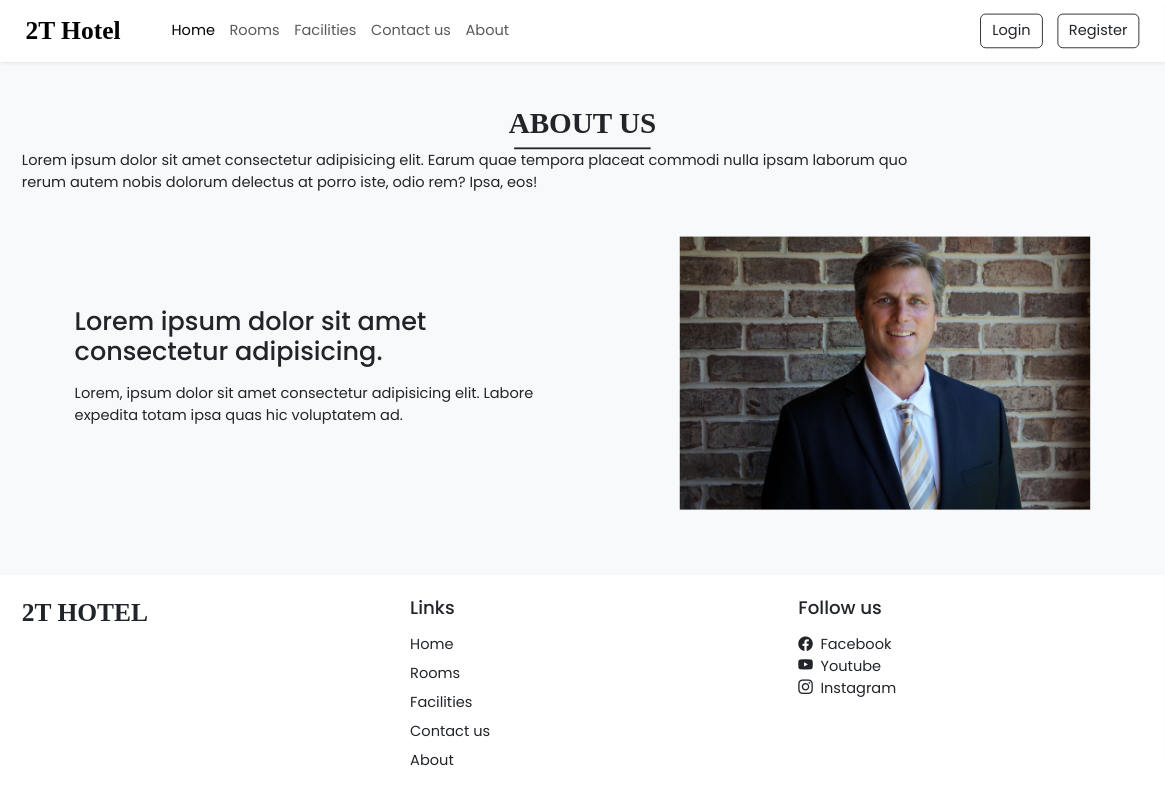
Repository: TaTongThanh2003/DoAnCoSo2024_BookingHotelWebsite
Page: http://localhost/about.php
An editor plug-in stored every save of this project. The page is shown before and after the next save, followed by the edit.
The browser window is 1280 px wide. The pictures show the whole page, at 91% of full size.
Some web fonts or font styles are not loaded; a fallback is used. The page is run by PHP 8.4 with error messages shown; the project is at /var/www/html/.

Above is the page before, as saved 2024-03-19 00:16:42.

After the next save:
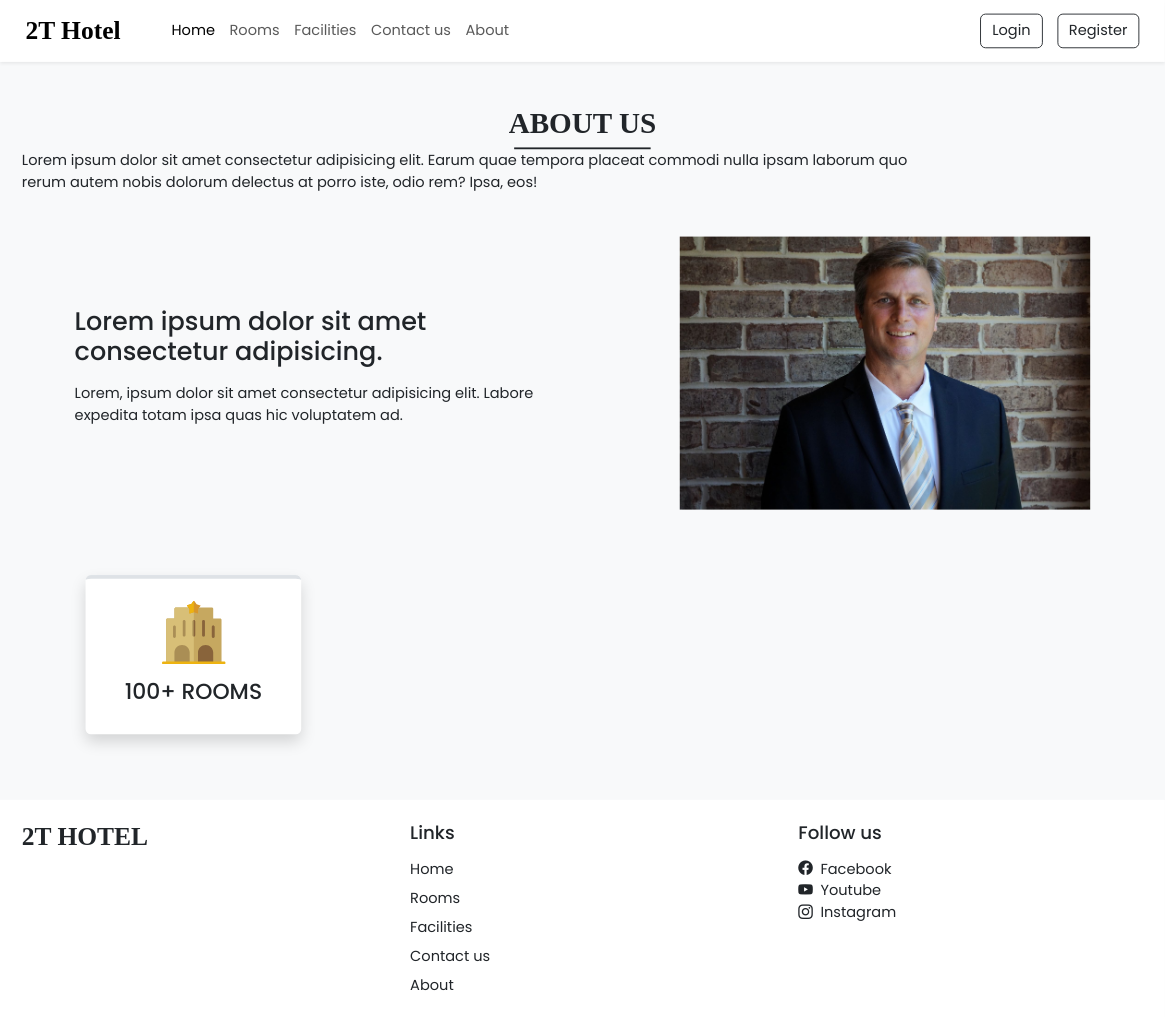
Saved 5 min 16 s later.
--- a/WebsiteBookingHotel/about.php
+++ b/WebsiteBookingHotel/about.php
@@ -43,6 +43,16 @@
             </div>
             <div class="col-lg-5 col-md-5 mb-4 order-lg-2 order-md-2 order-1">
                 <img src="images/about/about.jpg" class="w-100">
+            </div>
+        </div>
+    </div>
+    <div class="container mt-5">
+        <div class="row">
+            <div class="col-lg-3 col-md-6 mb-4 px-4">
+                <div class="bg-white rounded shadow p-4 border-top border-4 text-center">
+                    <img src="images/about/hotel.svg" width="70px">
+                    <h4 class="mt-3">100+ ROOMS</h4>
+                </div>
             </div>
         </div>
     </div>
